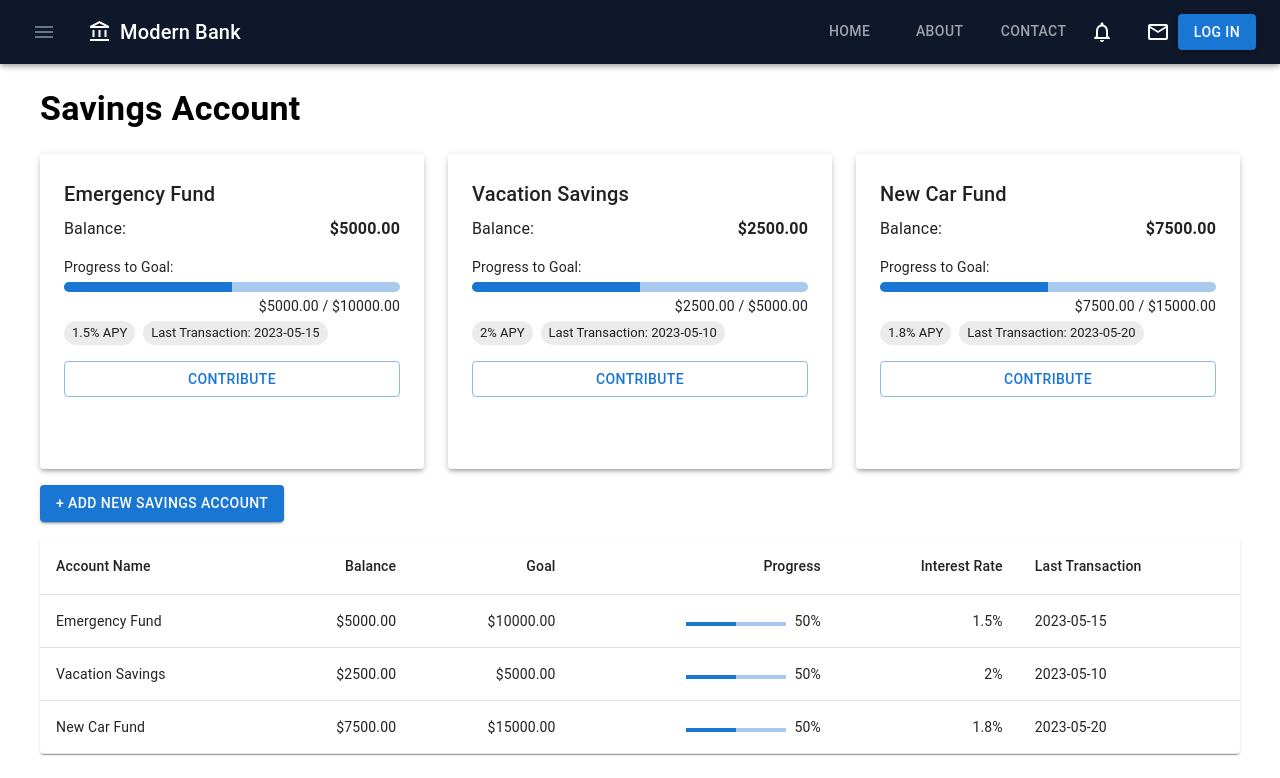
Repository: MohammadMazloum123/Moder-Bank-Full-Stack-Project
Page: /savings-account (app in Desktop/front-modernbank/front-modernbank/)
An editor plug-in stored every save of this project. The page is shown before and after a run of saves, followed by the edit.
The browser window is 1280 px wide. The pictures show the whole page.
The project was rebuilt for these pictures with package versions that can differ from the ones it lists, and the page was loaded fresh each time. Also part of the build but not shown: Desktop/front-modernbank/front-modernbank/src/components/HomePage.jsx, Desktop/front-modernbank/front-modernbank/src/transactions/NewTransaction.tsx, Desktop/front-modernbank/front-modernbank/src/transactions/TransactionsHistory.tsx, Desktop/front-modernbank/front-modernbank/src/ExpenseTracker/TrackExpenses.tsx, Desktop/front-modernbank/front-modernbank/src/savings/InterestRate.tsx, Desktop/front-modernbank/front-modernbank/src/accounts/Accounts.tsx.

Above is the page before, as saved 2024-11-21 16:42:09.

After the next 4 saves:
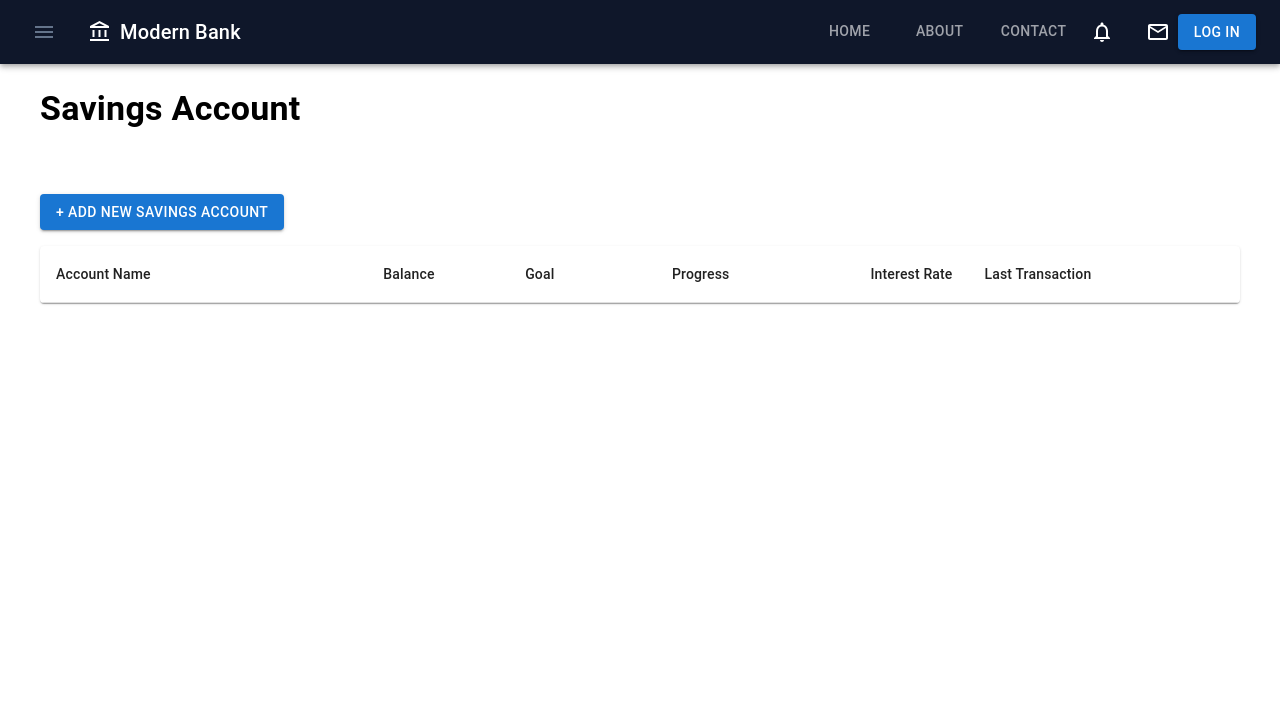
The 4 saves are shown as one change because 2 did not build or start and some came seconds apart.
The last was saved 5 min 1 s later.
--- a/Desktop/front-modernbank/front-modernbank/src/savings/SavingsAccount.tsx
+++ b/Desktop/front-modernbank/front-modernbank/src/savings/SavingsAccount.tsx
@@ -1,3 +1,5 @@
+'use client'
+
 import React, { useState } from 'react';
 import {
     Typography,
@@ -19,21 +21,27 @@ import {
     DialogActions,
     TextField,
 } from '@mui/material';
-
-// Mock data for demonstration
-const mockSavingsAccounts = [
-    { id: 1, name: 'Emergency Fund', balance: 5000, goal: 10000, interestRate: 1.5, lastTransaction: '2023-05-15' },
-    { id: 2, name: 'Vacation Savings', balance: 2500, goal: 5000, interestRate: 2.0, lastTransaction: '2023-05-10' },
-    { id: 3, name: 'New Car Fund', balance: 7500, goal: 15000, interestRate: 1.8, lastTransaction: '2023-05-20' },
-];
-
-const SavingsAccount = () => {
+import { useBanking } from '../contexts/BankingContext';
+
+export default function SavingsAccount() {
+    const { bankingData, isLoading, error, addTransaction } = useBanking();
     const [openDialog, setOpenDialog] = useState(false);
     const [openContributeDialog, setOpenContributeDialog] = useState(false);
-    const [accounts, setAccounts] = useState(mockSavingsAccounts);
     const [newAccount, setNewAccount] = useState({ name: '', goalName: '', goalAmount: '' });
     const [selectedAccount, setSelectedAccount] = useState(null);
     const [contributionAmount, setContributionAmount] = useState('');
+
+    if (isLoading) return <Typography>Loading...</Typography>;
+    if (error) return <Typography color="error">{error}</Typography>;
+
+    const accounts = Object.entries(bankingData.savings).map(([name, account]) => ({
+        id: name,
+        name,
+        balance: account.balance,
+        goal: account.goalAmount,
+        interestRate: 1.5, // This should come from the backend in a real application
+        lastTransaction: account.transactions[0]?.date || 'No transactions yet'
+    }));
 
     const handleOpenDialog = () => setOpenDialog(true);
     const handleCloseDialog = () => {
@@ -54,15 +62,15 @@ const SavingsAccount = () => {
 
     const handleAddAccount = () => {
         if (newAccount.name && newAccount.goalName && newAccount.goalAmount) {
-            const newAccountData = {
-                id: accounts.length + 1,
-                name: newAccount.name,
-                balance: 0,
-                goal: parseFloat(newAccount.goalAmount),
-                interestRate: 1.5,
-                lastTransaction: new Date().toISOString().split('T')[0],
-            };
-            setAccounts([...accounts, newAccountData]);
+            addTransaction({
+                type: 'transfer',
+                amount: 0,
+                description: `New savings account: ${newAccount.name}`,
+                fromAccount: 'checking',
+                toAccount: `savings-${newAccount.name}`,
+                goalName: newAccount.goalName,
+                goalAmount: parseFloat(newAccount.goalAmount)
+            });
             handleCloseDialog();
         }
     };
@@ -71,12 +79,13 @@ const SavingsAccount = () => {
         if (selectedAccount && contributionAmount) {
             const amount = parseFloat(contributionAmount);
             if (!isNaN(amount) && amount > 0) {
-                const updatedAccounts = accounts.map(account =>
-                    account.id === selectedAccount.id
-                        ? { ...account, balance: account.balance + amount, lastTransaction: new Date().toISOString().split('T')[0] }
-                        : account
-                );
-                setAccounts(updatedAccounts);
+                addTransaction({
+                    type: 'transfer',
+                    amount,
+                    description: `Contribution to ${selectedAccount.name}`,
+                    fromAccount: 'checking',
+                    toAccount: `savings-${selectedAccount.name}`
+                });
             }
         }
         handleCloseContributeDialog();
@@ -108,7 +117,7 @@ const SavingsAccount = () => {
                                 </Typography>
                                 <Box sx={{ mt: 'auto' }}>
                                     <Chip label={`${account.interestRate}% APY`} size="small" sx={{ mr: 1 }} />
-                                    <Chip label={`Last Transaction: ${account.lastTransaction}`} size="small" />
+                                    <Chip label={`Last Transaction: ${new Date(account.lastTransaction).toLocaleDateString()}`} size="small" />
                                 </Box>
                             </Box>
                             <Button variant="outlined" onClick={() => handleOpenContributeDialog(account)}>
@@ -153,7 +162,7 @@ const SavingsAccount = () => {
                                     {((account.balance / account.goal) * 100).toFixed(0)}%
                                 </TableCell>
                                 <TableCell align="right">{account.interestRate}%</TableCell>
-                                <TableCell>{account.lastTransaction}</TableCell>
+                                <TableCell>{new Date(account.lastTransaction).toLocaleDateString()}</TableCell>
                             </TableRow>
                         ))}
                     </TableBody>
@@ -221,6 +230,4 @@ const SavingsAccount = () => {
             </Dialog>
         </Box>
     );
-}
-
-export default SavingsAccount;
+};
